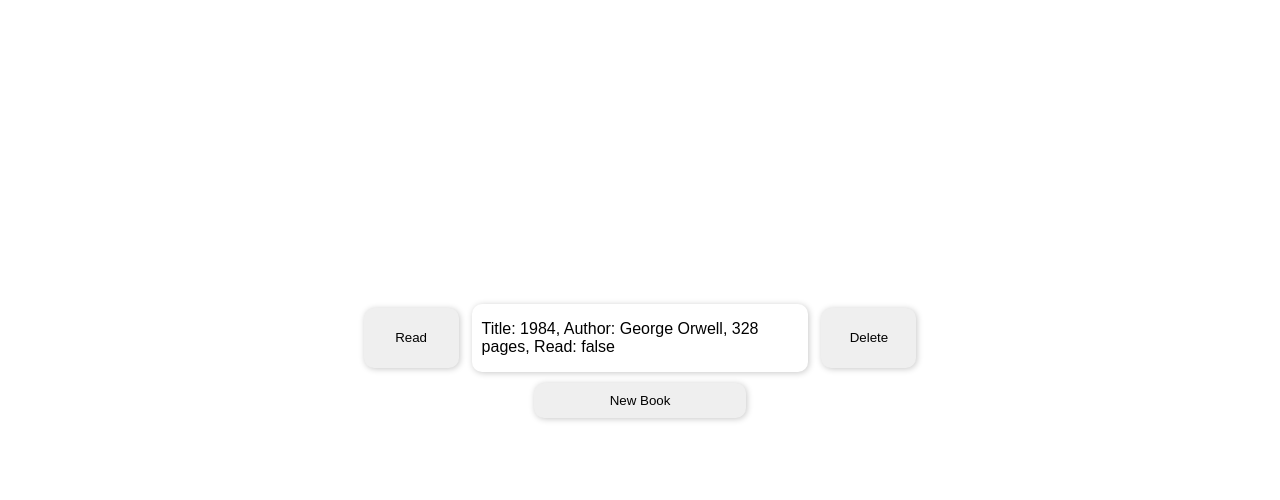
Repository: kocokoy/library
Page: index.html
These files come from the project's save history. The page is drawn as it stood at one moment and after the next save; the edit follows.
The browser window is 1280 px wide. The pictures show the whole page.
After loading, the first visible `button.jsDeleteButton` was clicked once.

Above is the page before, as saved 2024-11-06 13:46:35.

After the next save:
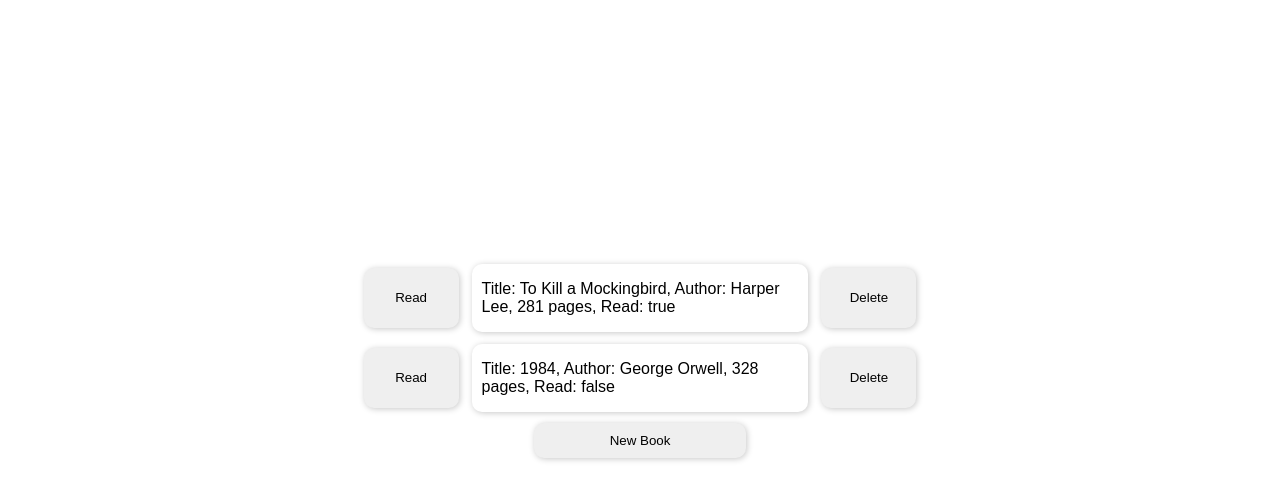
Saved 57 s later.
--- a/script.js
+++ b/script.js
@@ -76,10 +76,11 @@
     button.addEventListener('click', (event) => {
       const bookElement =  event.target.closest('.book-card');
       const bookID = bookElement.getAttribute('data-id');
-      console.log(bookID)
-      myLibrary.splice(bookID,1);
-      displayBookToLibrary();
-      console.log(myLibrary)
+      console.log(bookID);
+      // console.log(bookID)
+      // myLibrary.splice(bookID,1);
+      // displayBookToLibrary();
+      // console.log(myLibrary)
     })
   })
 }

After the 5 saves that followed:
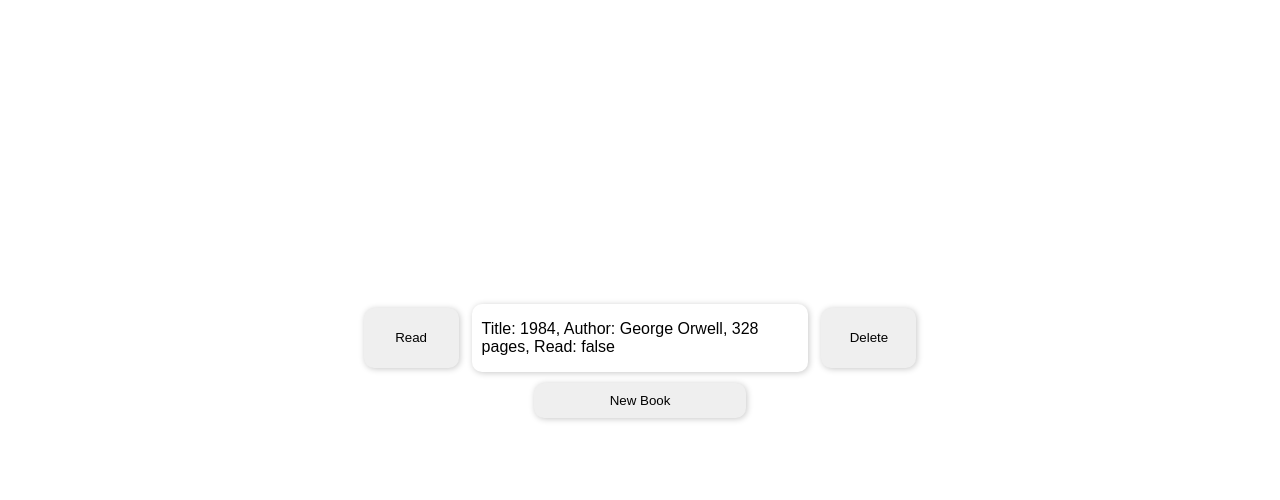
The 5 saves are shown as one change because 4 left the picture as it was.
The last was saved 6 min 39 s later.
--- a/script.js
+++ b/script.js
@@ -74,13 +74,13 @@
   const deleteButtonElement = document.querySelectorAll('.jsDeleteButton');
   deleteButtonElement.forEach(button => {
     button.addEventListener('click', (event) => {
+      console.log(button);
       const bookElement =  event.target.closest('.book-card');
       const bookID = bookElement.getAttribute('data-id');
-      console.log(bookID);
-      // console.log(bookID)
-      // myLibrary.splice(bookID,1);
-      // displayBookToLibrary();
-      // console.log(myLibrary)
+      console.log(bookID)
+      myLibrary.splice(bookID,1);
+      displayBookToLibrary();
+
     })
   })
 }
@@ -91,5 +91,7 @@
 addBookElement.addEventListener('click', () => {
   addBookToLibrary();
   displayBookToLibrary();
+  deleteButtonClicked();
+  console.log(myLibrary);
   addNewBookCardHolderElement.classList.remove('add-new-book-card-holder');
 })
